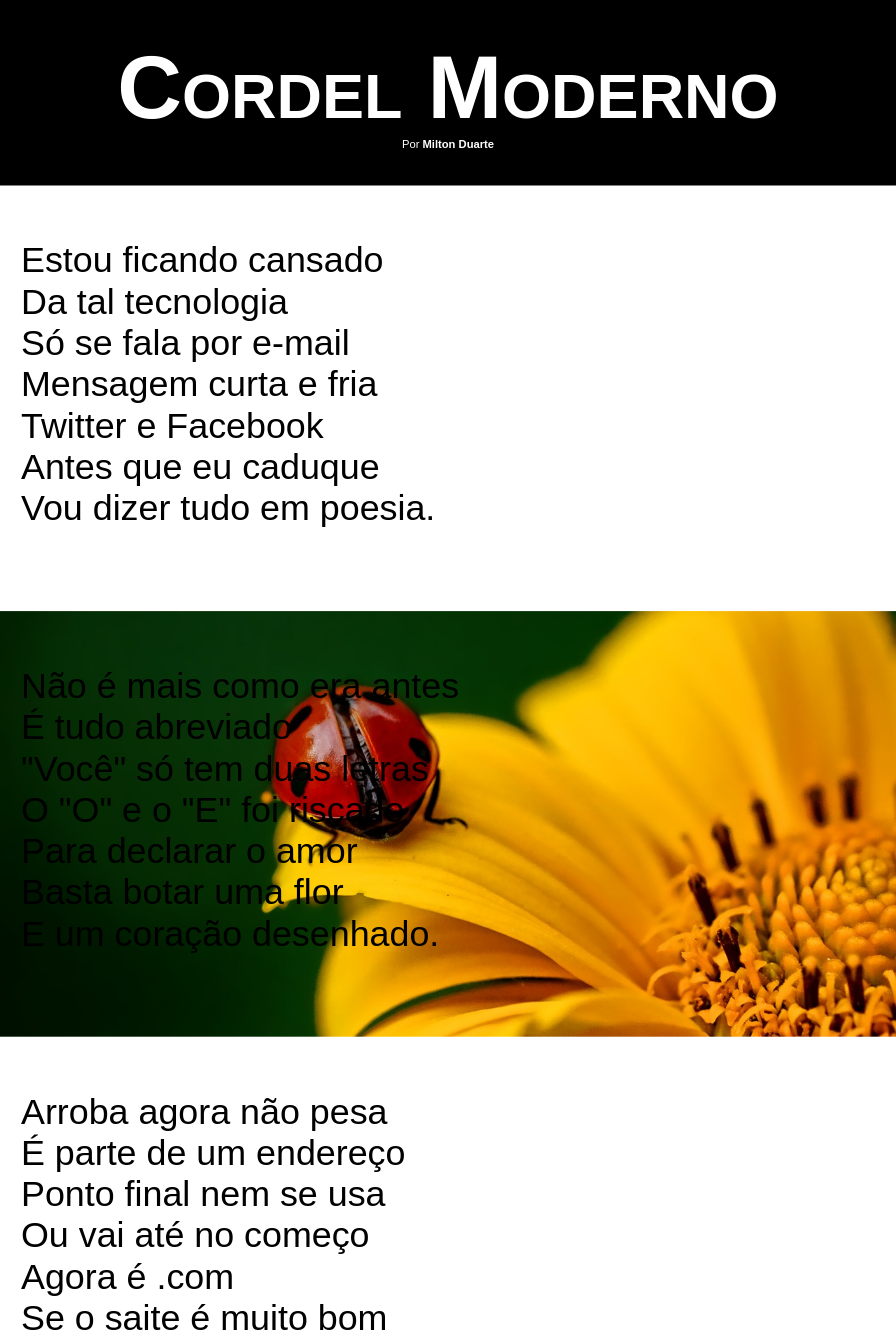
Repository: jorgprado/curso-html-css-Guanabara
Page: exec-pag-cordel/index.html
The author's editor kept a copy of each file at every save. The page is drawn from the files as they stood at one save, then again after the next save.
The browser window is 1280 px wide. The pictures show the part of the page from y = 0 to 1920 px (the page is 4226 px tall), at 70% of full size.
Backgrounds fixed to the window are drawn as part of the page. Some web fonts or font styles are not loaded; a fallback is used.

Above is the page before, as saved 2023-05-18 16:13:08.

After the next save:
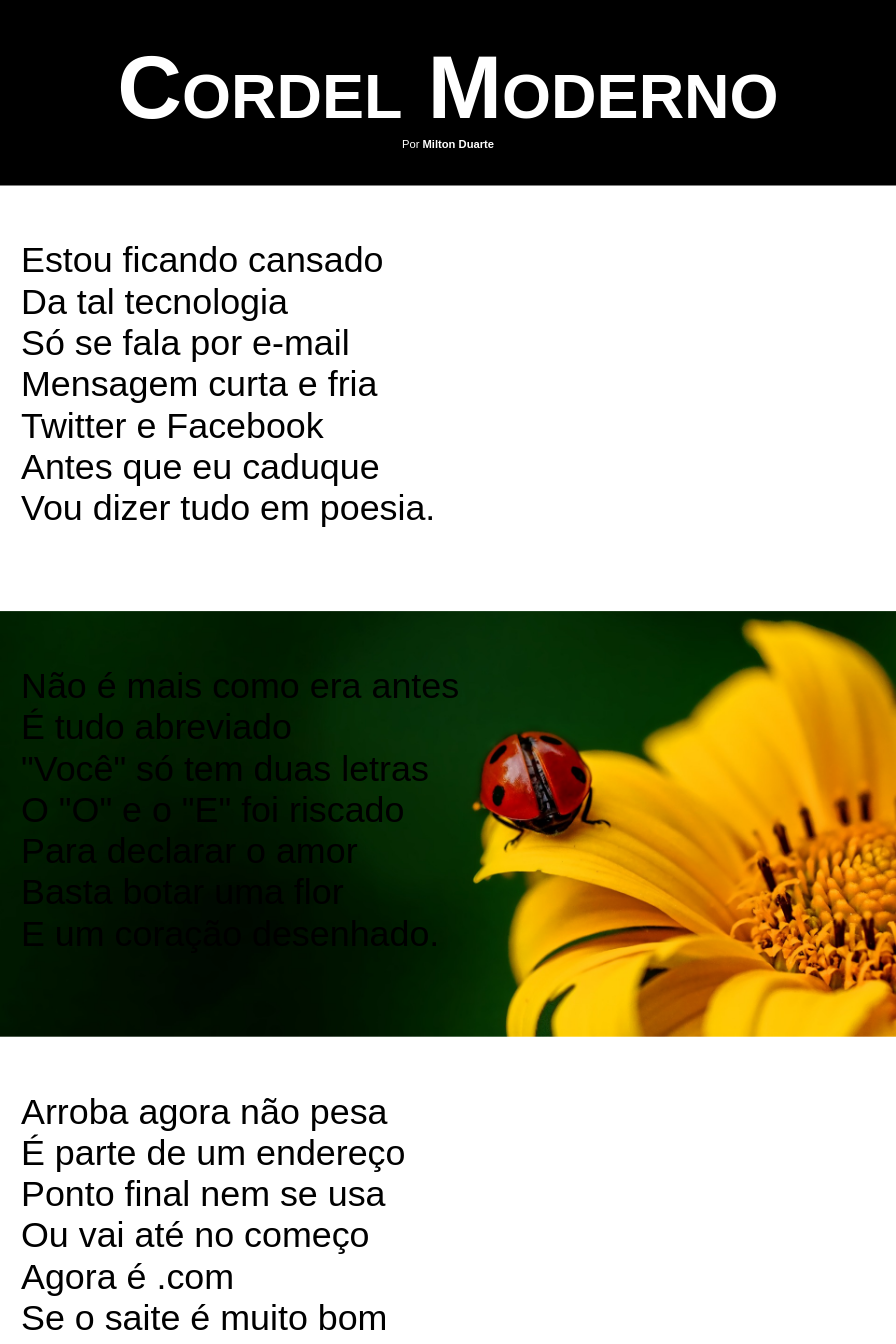
Saved 6 s later.
--- a/exec-pag-cordel/estilos/style.css
+++ b/exec-pag-cordel/estilos/style.css
@@ -53,5 +53,5 @@ main article .box-img{
     background-image: url(../imagens/background001.jpg);
     background-attachment: fixed;
     background-position: right center;
-    back
+    background-size: cover;
 }
